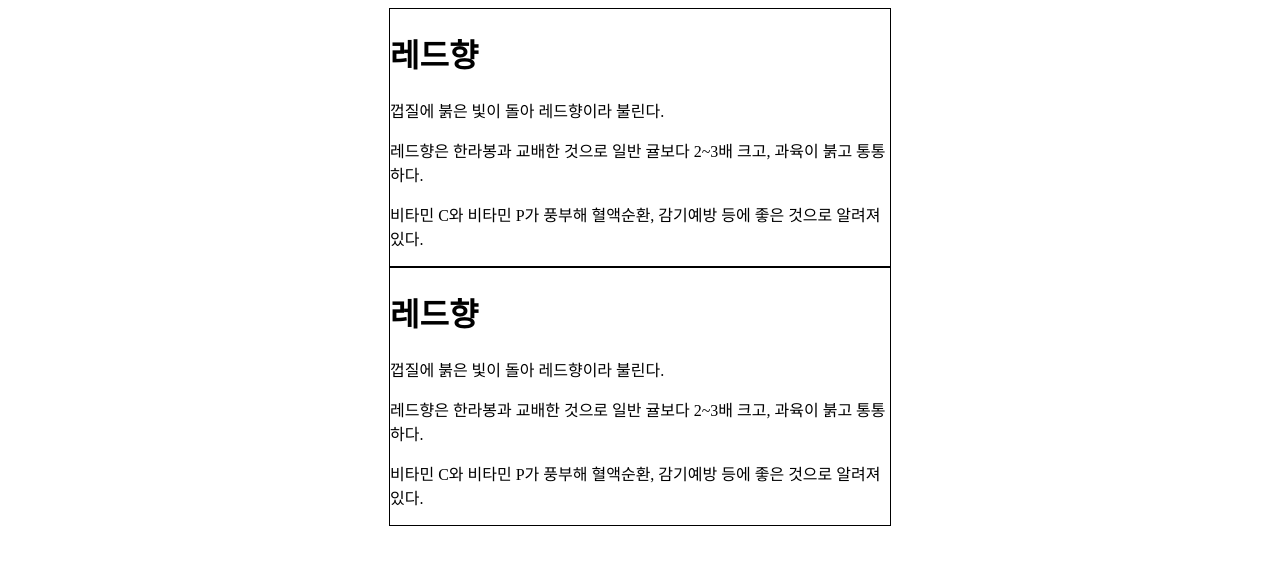
Repository: Kebiskim/2023_WebStudy
Page: 01_css/src/main/webapp/day01/Ex02_Selector.html
An editor plug-in stored every save of this project. The page is shown before and after the next save, followed by the edit.
The browser window is 1280 px wide. The pictures show the whole page.

Above is the page before, as saved 2023-06-23 01:22:24.

After the next save:
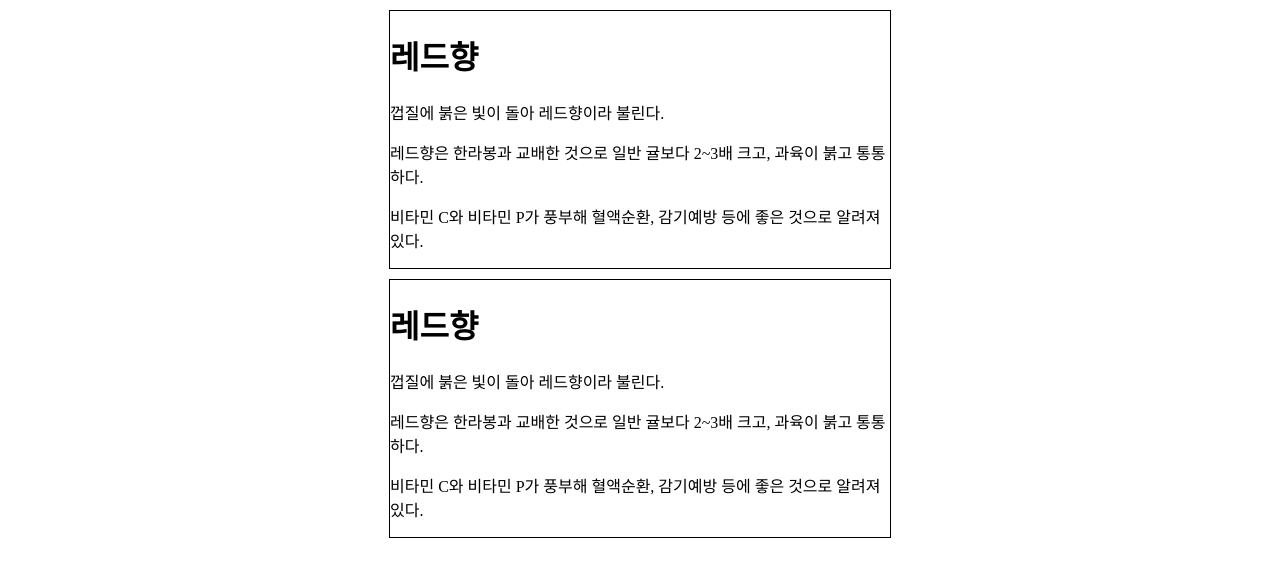
Saved 71 s later.
--- a/01_css/src/main/webapp/day01/Ex02_Selector.html
+++ b/01_css/src/main/webapp/day01/Ex02_Selector.html
@@ -7,7 +7,8 @@
 	.myclass{
 		width:500px;
 		border:1px solid #000;
-		margin:auto;
+		/* 상하는 10px 띄우고, 좌우는 auto */
+		margin:10px auto;
 	}
 </style>
 </head>
